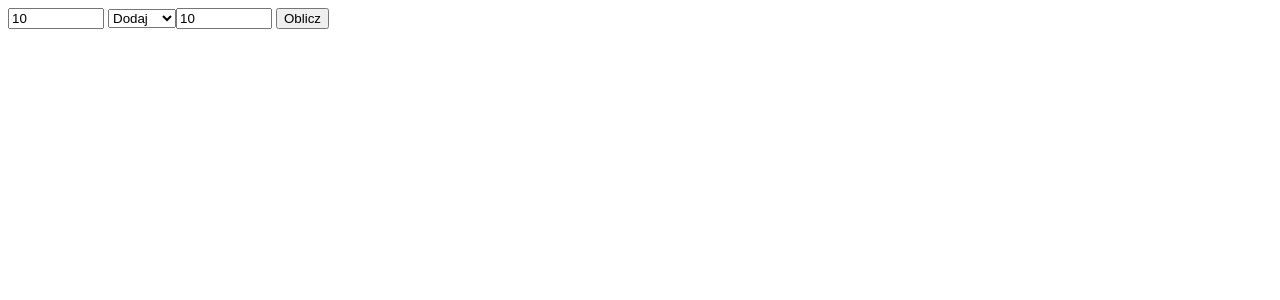
Repository: empe86/atj
Page: http://localhost/ProjektTemperatura/index.jsp
These files come from the project's save history. The page is drawn as it stood at one moment and after the next save; the edit follows.
The browser window is 1280 px wide. The pictures show the whole page.
The page is served by Tomcat 9. Other server files are loaded and not shown.

Above is the page before, as saved 2019-03-15 17:57:36.

### ProjektTemperatura/WebContent/index.jsp
<%@ page language="java" contentType="text/html; charset=UTF-8"
    pageEncoding="UTF-8"%>
<!DOCTYPE html PUBLIC "-//W3C//DTD HTML 4.01 Transitional//EN" "http://www.w3.org/TR/html4/loose.dtd">
<html>
<head>
<meta http-equiv="Content-Type" content="text/html; charset=UTF-8">
<title>Strona wynik</title>
</head>
<body>
<form action="MyServlet" method="get">
<input type="number" min="-460" max="999" step="0.01" value="10" name="value1" required>
<select name="oper">
<option value="+">Dodaj</option>
<option value="-">Odejmij</option>
<%=(Double)request.getAttribute("result")%>
<input type="number" min="-460" max="999" step="0.01" value="10" name="result" required>

</select>
<input type="submit" value="Oblicz">
</form>


</body>
</html>

After the next save:
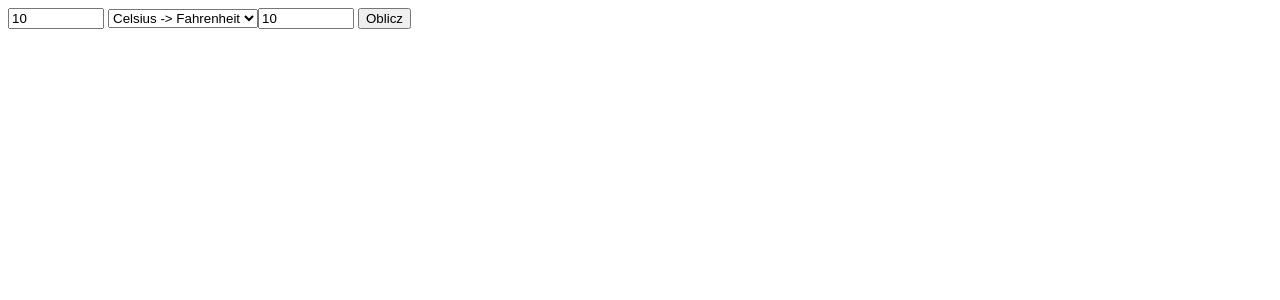
Saved 2 min 38 s later.
--- a/ProjektTemperatura/WebContent/index.jsp
+++ b/ProjektTemperatura/WebContent/index.jsp
@@ -10,8 +10,8 @@
 <form action="MyServlet" method="get">
 <input type="number" min="-460" max="999" step="0.01" value="10" name="value1" required>
 <select name="oper">
-<option value="+">Dodaj</option>
-<option value="-">Odejmij</option>
+<option value="+">Celsius -> Fahrenheit</option>
+<option value="-">Fahrenheit -> Celsius</option>
 <%=(Double)request.getAttribute("result")%>
 <input type="number" min="-460" max="999" step="0.01" value="10" name="result" required>
 
